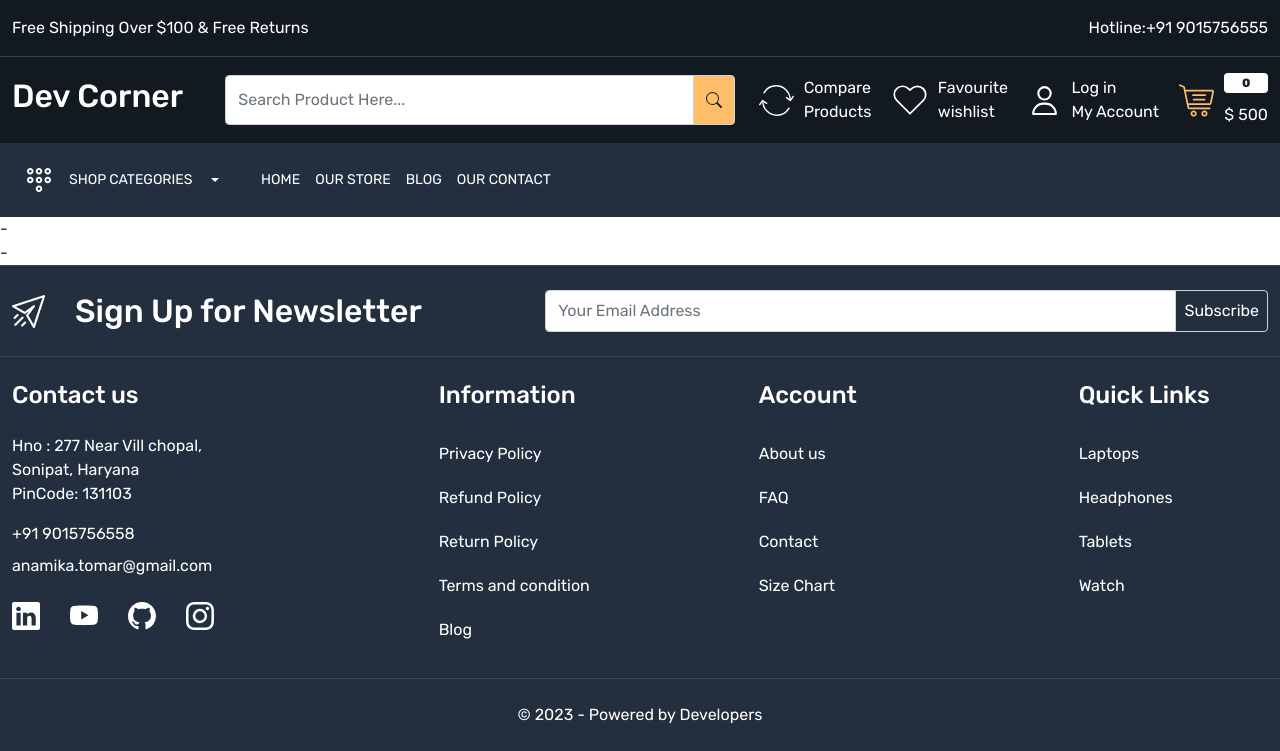
Repository: anamikatomar21/demo
Page: /about
The author's editor kept a copy of each file at every save. The page is drawn from the files as they stood at one save, then again after a run of saves.
The browser window is 1280 px wide. The pictures show the whole page.
The project was rebuilt for these pictures with package versions that can differ from the ones it lists, and the page was loaded fresh each time. Also part of the build but not shown: src/components/BlogCard.js, src/components/ProductCard.js, src/pages/Home.js, src/pages/Contact.js.

Above is the page before, as saved 2023-05-16 15:30:15.

### public/index.html
<!DOCTYPE html>
<html lang="en">
  <head>
    <meta charset="utf-8" />
    <link rel="icon" href="%PUBLIC_URL%/favicon.ico" />
    <meta name="viewport" content="width=device-width, initial-scale=1" />
    <meta name="theme-color" content="#000000" />
    <meta
      name="description"
      content="Web site created using create-react-app"
    />
    <link rel="apple-touch-icon" href="%PUBLIC_URL%/logo192.png" />
    <link
      href="https://cdn.jsdelivr.net/npm/bootstrap@5.0.2/dist/css/bootstrap.min.css"
      rel="stylesheet"
      integrity="sha384-EVSTQN3/azprG1Anm3QDgpJLIm9Nao0Yz1ztcQTwFspd3yD65VohhpuuCOmLASjC"
      crossorigin="anonymous"
    />
    <link rel="manifest" href="%PUBLIC_URL%/manifest.json" />
    <link rel="preconnect" href="https://fonts.googleapis.com" />
    <link rel="preconnect" href="https://fonts.gstatic.com" crossorigin />
    <link
      href="https://fonts.googleapis.com/css2?family=Rubik:ital,wght@0,300;0,400;0,500;0,800;1,600&display=swap"
      rel="stylesheet"
    />
    <title>Ecommerce App</title>
  </head>
  <body>
    <noscript>You need to enable JavaScript to run this app.</noscript>
    <div id="root"></div>
    <script
      src="https://cdn.jsdelivr.net/npm/bootstrap@5.0.2/dist/js/bootstrap.bundle.min.js"
      integrity="sha384-MrcW6ZMFYlzcLA8Nl+NtUVF0sA7MsXsP1UyJoMp4YLEuNSfAP+JcXn/tWtIaxVXM"
      crossorigin="anonymous"
    ></script>
  </body>
</html>

### src/App.js
import React from "react";
import { BrowserRouter, Routes, Route } from "react-router-dom";
import "./App.css";
import Layout from "./components/Layout";
import Home from "./pages/Home";
import About from "./pages/About";
import Contact from "./pages/Contact";

function App() {
  return (
    <>
      <BrowserRouter>
        <Routes>
          <Route path="/" element={<Layout />}>
            <Route index element={<Home />} />
            <Route path="about" element={<About />} />
            <Route path="contact" element={<Contact />} />
          </Route>
        </Routes>
      </BrowserRouter>
    </>
  );
}

export default App;

### src/App.css
* {
  margin: 0;
  padding: 0;
  box-sizing: border-box;
}
:root {
  --color-131921: #131921;
  --color-3b4149: #3b4149;
  --color-febd69: #febd69;
  --color-232f3e: #232f3e;
  --color-bf4800: #bf4800;
  --color-f5f5f7: #f5f5f7;
  --color-ededed: #ededed;
  --color-777777: #777777;
  --color-1c1c1b: #1c1c1b;
}
.section-heading {
  font-size: 26px;
  line-height: 32px;
  font-weight: 500;
  margin-bottom: 30px;
}
.card-wrapper {
  background-color: white;
  box-shadow: 0 0 10px #0000001a;
  padding: 15px;
}
body {
  font-family: "Rubik", sans-serif;
}
a {
  text-decoration: none;
  display: inline-block;
}
.form-control:focus {
  box-shadow: none;
  border-color: inherit;
}

.gap-10 {
  gap: 10px;
}
.gap-15 {
  gap: 15px;
}
.gap-30 {
  gap: 30px;
}

.button {
  background-color: var(--color-232f3e);
  color: white;
  font-size: 14px;
  padding: 13px 33px;
  border-radius: 25px;
}
.button:hover {
  background-color: var(--color-febd69);
  color: #131921;
}
/* Header Part */

.header-top-strip {
  border-bottom: 1px solid var(--color-3b4149);
  background-color: var(--color-131921);
}
.header-upper {
  background-color: var(--color-131921);
}
.header-bottom {
  background-color: var(--color-232f3e);
}
.header-upper .input-group-text {
  background-color: var(--color-febd69);
}
.header-upper.header-upper-links img {
  width: 35px;
  height: 35px;
}
.header-bottom .menu-links a,
.header-bottom .dropdown button {
  color: white;
  font-size: 14px;
  line-height: 18px;
  font-weight: 400;
  letter-spacing: 0.3;
  text-transform: uppercase;
}

.header-bottom .dropdown button:focus {
  box-shadow: none;
}
.header-bottom .dropdown-menu {
  background-color: var(--color-131921);
  width: 100%;
  transform: translate3d(0px, 57px, 0px) !important;
}
.header-bottom .dropdown-item {
  padding: 20px;
  margin-bottom: 3px;
  border-bottom: 1px solid var(--color-3b4149);
}
.header-bottom .dropdown-item:hover {
  background-color: transparent;
  color: var(--color-febd69) !important;
}
/* Header Part End Here */

/* Footer part */

footer {
  background-color: var(--color-232f3e);
}
footer:not(:first-child) {
  border-top: 1px solid rgba(255, 255, 255, 0.1);
}
footer .input-group-text {
  background-color: var(--color-232f3e);
  color: white;
  padding: 8px 17px;
}
/* Footer part ends here */

/* Home Page starts */
.main-banner-content {
  top: 15%;
  left: 5%;
}
.main-banner-content h4 {
  font-size: 16px;
  font-weight: 400;
  line-height: 24px;
  color: var(--color-bf4800);
  margin: 0 0 12px;
  letter-spacing: 0.3px;
  text-transform: uppercase;
}
.main-banner-content h5 {
  font-size: 42px;
  line-height: 54px;
  letter-spacing: -2px;
  font-weight: 500;
  text-transform: none;
}

.main-banner-content p {
  font-size: 18px;
  line-height: 28px;
  letter-spacing: 0.4;
  color: var(--color-131921);
}
.small-banner-content {
  top: 25%;
  left: 10%;
}
.small-banner-content h4 {
  font-size: 14px;
  font-weight: 400;
  line-height: 24px;
  color: var(--color-bf4800);
  margin: 0 0 12px;
  letter-spacing: 0.3px;
  text-transform: uppercase;
}
.small-banner-content h5 {
  font-size: 22px;
  line-height: 34px;
  letter-spacing: -2px;
  font-weight: 500;
  text-transform: none;
}

.small-banner-content p {
  font-size: 14px;
  line-height: 22px;
  letter-spacing: 0.4;
  color: var(--color-131921);
}
.small-banner {
  width: 49%;
}

/* home wrapper-2 */

.home-wrapper-2 {
  background-color: var(--color-f5f5f7);
}
/* home wrapper-2 ends*/

/* categories section */

.categories {
  background-color: white;
  box-shadow: 0 0 10px #0000001a;
  padding: 15px;
}
.categories > div {
  width: 25%;
  padding: 10px 10px 10px 20px;
}
.categories > div > div {
  width: 60%;
}
.categories > div:nth-child(1),
.categories > div:nth-child(2),
.categories > div:nth-child(3),
.categories > div:nth-child(4) {
  border-bottom: 1px solid var(--color-ededed);
}
.categories > div:nth-child(1),
.categories > div:nth-child(2),
.categories > div:nth-child(3) {
  border-right: 1px solid var(--color-ededed);
}
.categories > div:nth-child(5),
.categories > div:nth-child(6),
.categories > div:nth-child(7) {
  border-right: 1px solid var(--color-ededed);
}
/* categories section ends here */

/* BLog Part */

.blog-card {
  background-color: white;

  border-radius: 10px;
}
.blog-card img {
  border-top-left-radius: 10px;
  border-top-right-radius: 10px;
}
.blog-content {
  padding: 15px;
}
.blog-contentp.date {
  font-size: 13px;
  line-height: 24px;
  text-transform: uppercase;
  letter-spacing: 0;
  font-weight: 400;
  color: var(--color-777777);
  padding: 0;
}
.blog-content h5 {
  font-size: 18px;
  color: var(--color-131921);
}
.blog-content p.desc {
  font-size: 13px;
  line-height: 22px;
  color: var(--color-777777);
}
.single-blog-card a {
  font-size: 18px;
  color: var(--color-777777);
  margin-bottom: 20px;
}
.single-blog-card h3 {
  font-size: 24px;
  font-weight: 600;
  color: var(--color-1c1c1b);
}
.single-blog-card p {
  color: var(--color-777777);
  font-size: 14px;
}
/*  Blog Part ends here */
/*
Product card */
.product-card {
  padding: 15px;
  background-color: white;
  border-radius: 10px;
  overflow: hidden;
}

.product-card:hover .action-bar {
  right: 15px;
}
.product-card .product-details h6 {
  color: var(--color-bf4800);
  font-size: 13px;
}
.product-card .product-details h5 {
  font-size: 15px;
  color: var(--color-1c1c1b);
}
.product-card .product-details p.price {
  font-size: 16px;
  color: var(--color-1c1c1b);
}

.action-bar {
  top: 10%;
  right: -23px;
  transition: 0.3s;
}

.wishlist-icon {
  top: 3%;
  right: 15px;
}
/* product card ends */
/* Home Page Ends */

### src/components/Layout.js
import React from "react";
import { Outlet } from "react-router-dom";
import Footer from "./Footer";
import Header from "./Header";

const Layout = () => {
  return (
    <>
      <Header />
      <Outlet />
      <Footer />
    </>
  );
};

export default Layout;

### src/pages/About.js
import React from "react";

const About = () => {
  return (
    <>
      <div>-</div> <div>-</div>
    </>
  );
};

export default About;

### src/components/Footer.js
import React from "react";
import { BsLinkedin, BsYoutube, BsGithub, BsInstagram } from "react-icons/bs";
import { Link } from "react-router-dom";

const Footer = () => {
  return (
    <>
      <footer className="py-4">
        <div className="container-xxl">
          <div className="row  align-items-center">
            <div className="col-5">
              <div className="footer-top-data d-flex gap-30 align-items-center">
                <img src="/images/images/newsletter.png" alt="newsletter" />
                <h2 className="mb-0 text-white">Sign Up for Newsletter</h2>
              </div>
            </div>
            <div className="col-7">
              <div className="input-group">
                <input
                  type="text"
                  className="form-control py-1"
                  placeholder="Your Email Address"
                  aria-label="Your Email Address"
                  aria-describedby="basic-addon2"
                />
                <span className="input-group-text p-2" id="basic-addon2">
                  Subscribe
                </span>
              </div>
            </div>
          </div>
        </div>
      </footer>
      <footer className="py-4">
        <div className="container-xxl">
          <div className="row">
            <div className="col-4">
              <h4 className="text-white mb-4">Contact us </h4>
              <div>
                <address className="text-white fs-6">
                  Hno : 277 Near Vill chopal, <br /> Sonipat, Haryana <br />
                  PinCode: 131103
                </address>

                <a
                  href="tel: +91 9015756558"
                  className="text-white d-block mb-1 mt-3"
                >
                  +91 9015756558
                </a>
                <a
                  href="mailto:anamika.tomar@gmail.com"
                  className="text-white d-block mb-0 mt-2"
                >
                  anamika.tomar@gmail.com
                </a>

                <div className="socialicons d-flex align-item-center gap-30 mt-4">
                  <a href="" className="text-white">
                    <BsLinkedin className=" fs-3" />
                  </a>
                  <a href="" className="text-white">
                    <BsYoutube className=" fs-3" />
                  </a>
                  <a href="" className="text-white">
                    <BsGithub className=" fs-3" />
                  </a>
                  <a href="" className="text-white">
                    <BsInstagram className=" fs-3" />
                  </a>
                </div>
              </div>
            </div>
            <div className="col-3">
              <h4 className="text-white mb-4">Information</h4>
              <div className="footer-link d-flex flex-column">
                <Link className="text-white py-2 mb-1">Privacy Policy</Link>
                <Link className="text-white py-2 mb-1">Refund Policy</Link>
                <Link className="text-white py-2 mb-1">Return Policy</Link>
                <Link className="text-white py-2 mb-1">
                  Terms and condition
                </Link>
                <Link className="text-white py-2 mb-1">Blog</Link>
              </div>
            </div>
            <div className="col-3">
              <h4 className="text-white mb-4">Account</h4>
              <div className="footer-link d-flex flex-column">
                <Link className="text-white py-2 mb-1">About us </Link>
                <Link className="text-white py-2 mb-1">FAQ</Link>
                <Link className="text-white py-2 mb-1">Contact</Link>
                <Link className="text-white py-2 mb-1">Size Chart</Link>
              </div>
            </div>

            <div className="col-2">
              <h4 className="text-white mb-4">Quick Links</h4>
              <div className="footer-link d-flex flex-column">
                <Link className="text-white py-2 mb-1">Laptops</Link>
                <Link className="text-white py-2 mb-1">Headphones</Link>
                <Link className="text-white py-2 mb-1">Tablets</Link>
                <Link className="text-white py-2 mb-1">Watch</Link>
              </div>
            </div>
          </div>
        </div>
      </footer>
      <footer className="py-4">
        <div className="container-xxl">
          <div className="row">
            <div className="col-12">
              <p className="text-center mb-0 text-white">
                &copy; {new Date().getFullYear()} - Powered by Developers
              </p>
            </div>
          </div>
        </div>
      </footer>
    </>
  );
};

export default Footer;

### src/components/Header.js
import React from "react";
import { NavLink, Link } from "react-router-dom";
import { BsSearch } from "react-icons/bs";

const Header = () => {
  return (
    <>
      <header className="header-top-strip py-3">
        <div className="container-xxl">
          <div className="row">
            <div className="col-6">
              <p className="text-white mb-0">
                Free Shipping Over $100 & Free Returns
              </p>
            </div>
            <div className="col-6">
              <p className="text-end text-white mb-0">
                Hotline:
                <a href="tel:+91 9015756555" className="text-white">
                  +91 9015756555
                </a>
              </p>
            </div>
          </div>
        </div>
      </header>

      <header className="header-upper py-3">
        <div className="container-xxl">
          <div className="row align-items-center">
            <div className="col-2">
              <h2>
                <Link className="text-white">Dev Corner</Link>
              </h2>
            </div>
            <div className="col-5 ">
              <div className="input-group ">
                <input
                  type="text"
                  className="form-control py-2"
                  placeholder="Search Product Here..."
                  aria-label="Search Product Here..."
                  aria-describedby="basic-addon2"
                />
                <span className="input-group-text py-3" id="basic-addon2">
                  <BsSearch className="fs-6" />
                </span>
              </div>
            </div>
            <div className="col-5">
              <div className="headear-upper-links d-flex align-items-center justify-content-between">
                <div>
                  <Link
                    to="/compare-product"
                    className="d-flex align-items-center gap-10 text-white"
                  >
                    <img src="/images/images/compare.svg" alt="compare" />
                    <p className="mb-0">
                      Compare <br /> Products
                    </p>
                  </Link>
                </div>
                <div>
                  <Link
                    to="/compare-product"
                    className="d-flex align-items-center gap-10 text-white"
                  >
                    <img src="/images/images/wishlist.svg" alt="compare" />
                    <p className="mb-0">
                      Favourite <br /> wishlist
                    </p>
                  </Link>
                </div>
                <div>
                  <Link
                    to="/compare-product"
                    className="d-flex align-items-center gap-10 text-white"
                  >
                    <img src="/images/images/user.svg" alt="compare" />
                    <p className="mb-0">
                      Log in <br /> My Account
                    </p>
                  </Link>
                </div>
                <div>
                  <Link
                    to="/cart"
                    className="d-flex align-items-center gap-10 text-white"
                  >
                    <img src="/images/images/cart.svg" alt="cart" />
                    <div className="d-flex flex-column gap-10">
                      <span className="badge bg-white text-dark">0</span>
                      <p className="mb-0">$ 500</p>
                    </div>
                  </Link>
                </div>
              </div>
            </div>
          </div>
        </div>
      </header>

      <header className="header-bottom py-3">
        <div className="container-xxl">
          <div className="row">
            <div className="col-12">
              <div className="menu-bottom d-flex align-items-center gap-30">
                <div>
                  <div className="dropdown">
                    <button
                      className="btn btn-secondary dropdown-toggle bg-transparent border-0 gap-15 d-flex align-items-center"
                      type="button"
                      id="dropdownMenuButton1"
                      data-bs-toggle="dropdown"
                      aria-expanded="false"
                    >
                      <img src="/images/images/menu.svg" alt="" />
                      <span> Shop Categories</span>
                    </button>
                    <ul
                      className="dropdown-menu"
                      aria-labelledby="dropdownMenuButton1"
                    >
                      <li>
                        <Link className="dropdown-item text-white" to="">
                          Action
                        </Link>
                      </li>
                      <li>
                        <Link className="dropdown-item text-white" to="">
                          Another action
                        </Link>
                      </li>
                      <li>
                        <Link className="dropdown-item text-white" to="">
                          Something else here
                        </Link>
                      </li>
                    </ul>
                  </div>
                </div>
                <div className="menu-links">
                  <div className="d-flex align-items-center gap-15">
                    <NavLink to="/">Home</NavLink>
                    <NavLink to="/">Our Store</NavLink>
                    <NavLink to="/">Blog</NavLink>
                    <NavLink to="/">Our Contact</NavLink>
                  </div>
                </div>
              </div>
            </div>
          </div>
        </div>
      </header>
    </>
  );
};

export default Header;

Loaded but not shown: src/index.js (common file)

After the next 3 saves:
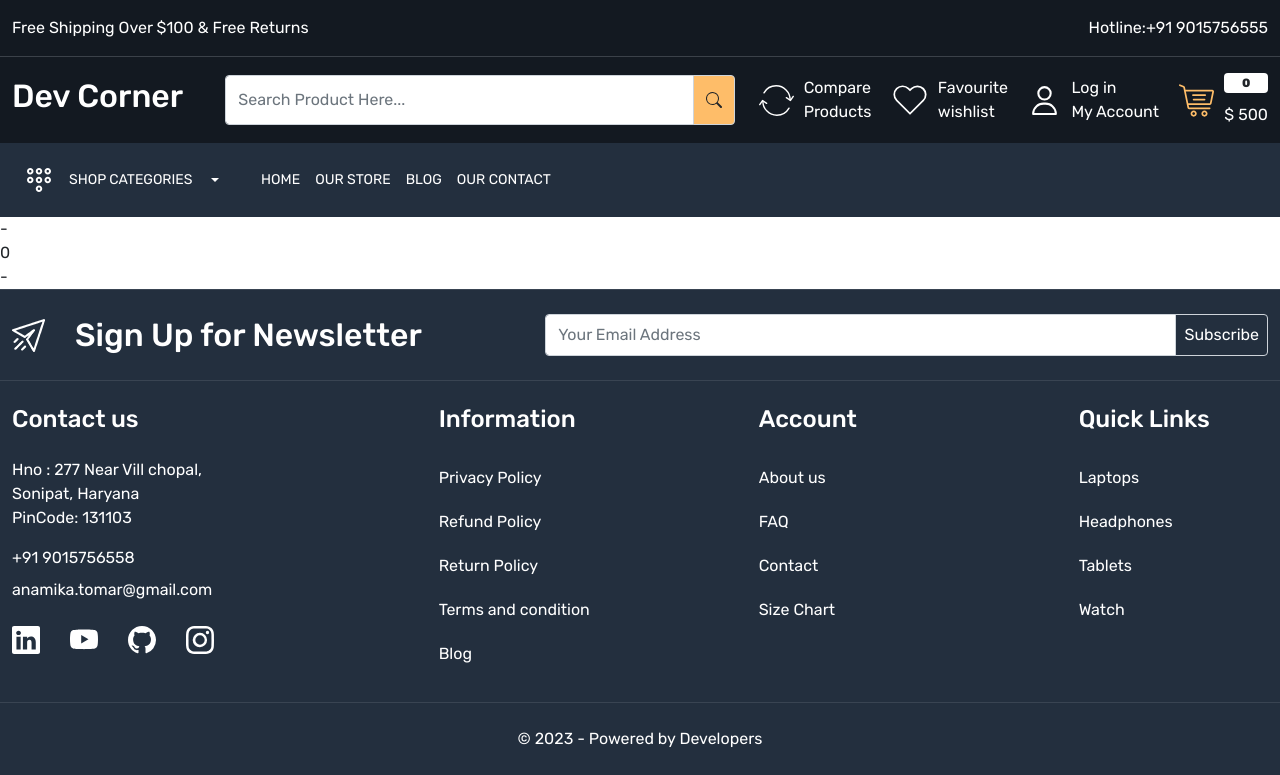
The 3 saves are shown as one change because they came seconds apart.
The last was saved 11 s later.
--- a/src/pages/About.js
+++ b/src/pages/About.js
@@ -1,9 +1,11 @@
 import React from "react";
+
+
 
 const About = () => {
   return (
     <>
-      <div>-</div> <div>-</div>
+      <div>-</div>0 <div>-</div>
     </>
   );
 };
